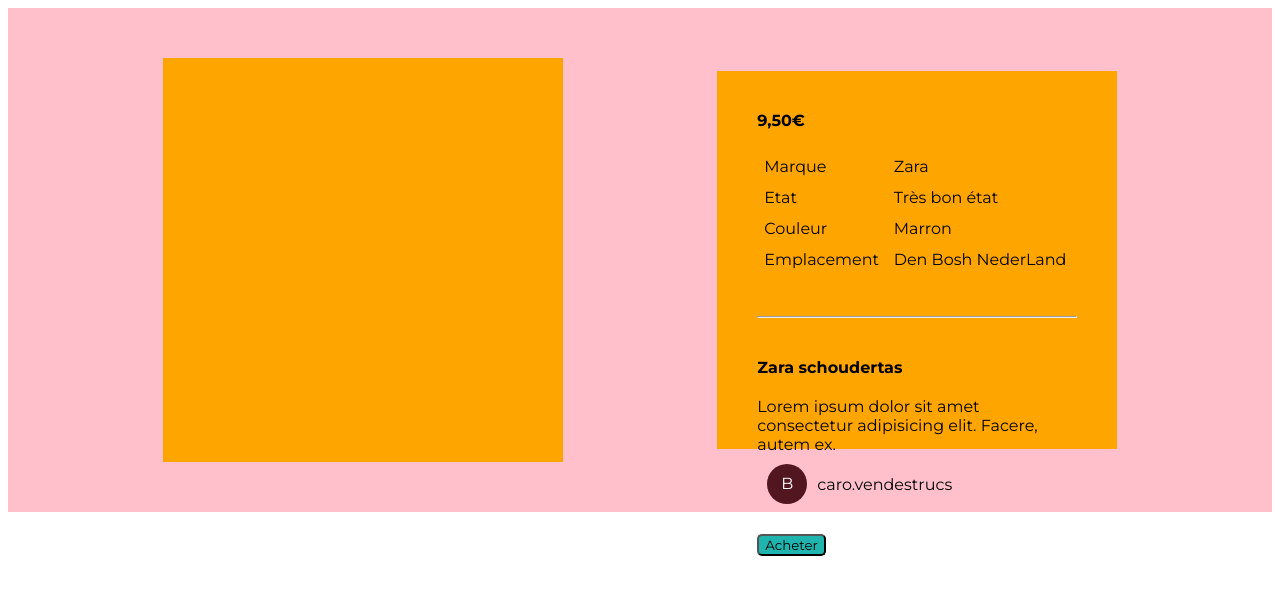
Repository: mel-in-a/vinted-front-clone
Page: html/offer.html
These files come from the project's save history. The page is drawn as it stood at one moment and after a run of saves; the edit follows.
The browser window is 1280 px wide. The pictures show the whole page.

Above is the page before, as saved 2021-07-29 16:53:38.

### html/offer.html
<!DOCTYPE html>
<html lang="en">
  <head>
    <meta charset="UTF-8" />
    <meta http-equiv="X-UA-Compatible" content="IE=edge" />
    <meta name="viewport" content="width=device-width, initial-scale=1.0" />
    <link rel="preconnect" href="https://fonts.googleapis.com" />
    <link rel="preconnect" href="https://fonts.gstatic.com" crossorigin />
    <link
      href="https://fonts.googleapis.com/css2?family=Montserrat:wght@100;200;300;400;500;600;700;800;900&display=swap"
      rel="stylesheet"
    />
    <link rel="stylesheet" href="/offer.css" />
    <title>Document</title>
  </head>
  <body>
    <div class="offer">
      <div class="left"></div>
      <div class="right">
        <div class="price">9,50€</div>

        <table>
          <tr>
            <td>Marque</td>
            <td>Zara</td>
          </tr>
          <tr>
            <td>Etat</td>
            <td>Très bon état</td>
          </tr>
          <tr>
            <td>Couleur</td>
            <td>Marron</td>
          </tr>
          <tr>
            <td>Emplacement</td>
            <td>Den Bosh NederLand</td>
          </tr>
        </table>

        <hr />
        <div class="title">Zara schoudertas</div>
        <div class="description">
          Lorem ipsum dolor sit amet consectetur adipisicing elit. Facere, autem
          ex.
        </div>
        <div class="horizontal">
          <div class="avatar">B</div>
          <div class="username">caro.vendestrucs</div>
        </div>

        <button class="btn-buy">Acheter</button>
      </div>
    </div>
  </body>
</html>

### html/offer.css
* {
  font-family: "Montserrat", sans-serif;
}
.offer {
  width: 100%;
  display: flex;
  background-color: pink;
  height: 70vh;
  justify-content: space-evenly;
  align-items: center;
  flex-shrink: 0;
}

.offer .left,
.offer .right {
  width: 400px;
  background-color: orange;
}
.offer .left {
  height: 80%;
}
.offer .right {
  height: 75%;
  padding: 40px;
  box-sizing: border-box;
}

.offer .horizontal {
  display: flex;
  flex-direction: row;
  /* justify-content: space-between; */
  align-items: center;
}

.offer table {
  width: 100%;
}

.offer td {
  padding: 5px;
}
.offer hr {
  margin: 40px 0;
}

.offer .title {
  font-weight: 700;
  margin-bottom: 20px;
}

.offer .price {
  font-weight: 700;
  margin-bottom: 20px;
}

.offer .avatar {
  width: 40px;
  height: 40px;
  border-radius: 50%;
  margin: 10px;
  background-color: rgb(82, 22, 32);
  text-align: center;

  color: white;
  vertical-align: middle;
  line-height: 40px;
}

.offer .btn-buy {
    margin-top: 20px;
    border-radius:5px;
    background-color: rgb(31, 180, 173);
    display: block;
}

After the next 4 saves:
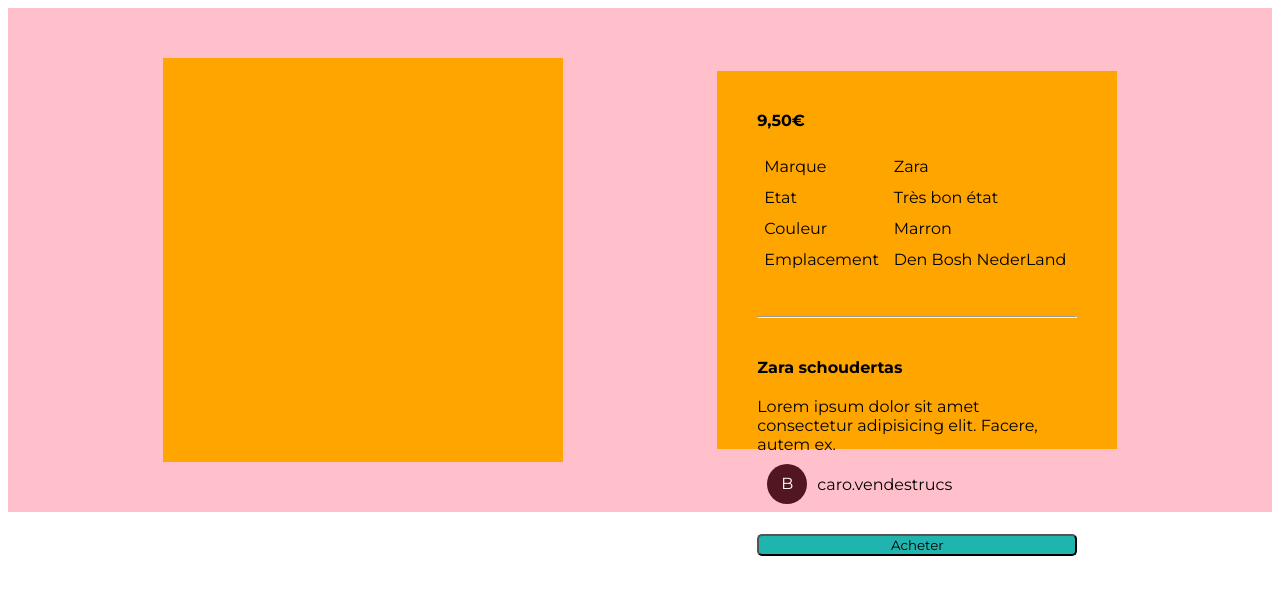
The 4 saves are shown as one change because they came seconds apart.
The last was saved 15 s later.
--- a/html/offer.css
+++ b/html/offer.css
@@ -70,5 +70,5 @@
     margin-top: 20px;
     border-radius:5px;
     background-color: rgb(31, 180, 173);
-    display: block;
+    width:100%;
 }
